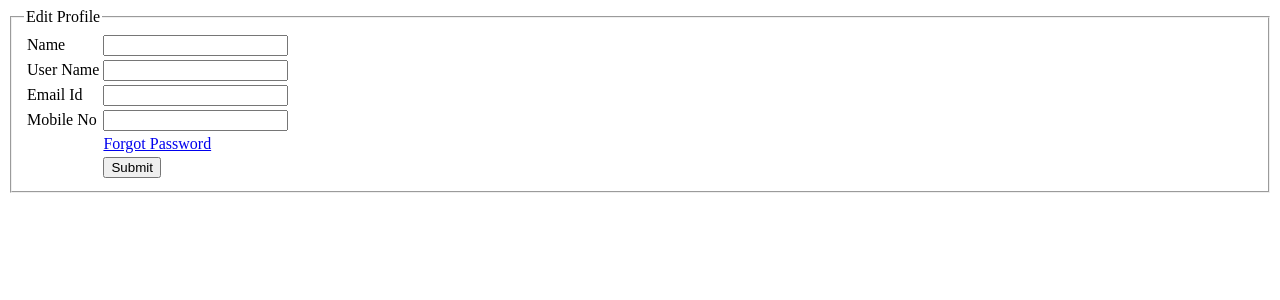
Repository: nosranijuned/WebRegister
Page: WebRegister/WebContent/view/EditProfile.html
These files come from the project's save history. The page is drawn as it stood at one moment and after the next save; the edit follows.
The browser window is 1280 px wide. The pictures show the whole page.

Above is the page before, as saved 2019-03-12 06:38:08.

After the next save:
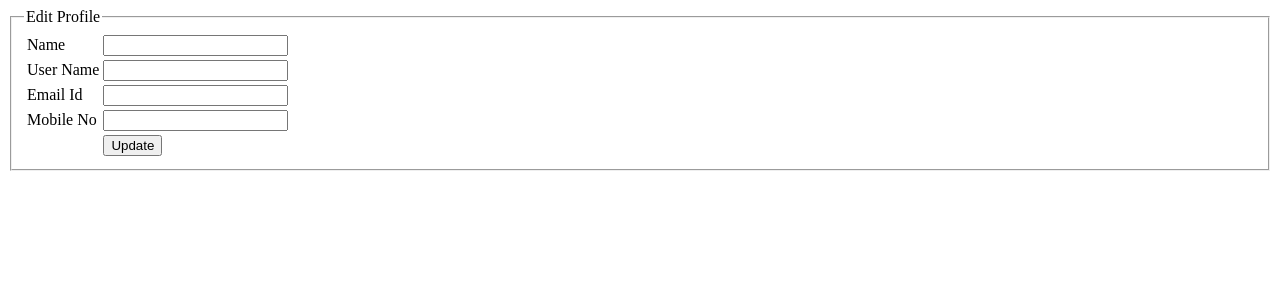
Saved 26 s later.
--- a/WebRegister/WebContent/view/EditProfile.html
+++ b/WebRegister/WebContent/view/EditProfile.html
@@ -13,8 +13,7 @@
 			<tr><td>User Name</td><td><input type="text" name="uname"></td></tr>
 			<tr><td>Email Id</td><td><input type="email" name="email"></td></tr>
 			<tr><td>Mobile No</td><td><input type="text" name="mobile"></td></tr>
-			<tr><td></td><td><a href="ForgotPassword.html">Forgot Password</a></td></tr>
-			<tr><td></td><td><input type="submit" value="Submit"></td></tr>
+			<tr><td></td><td><input type="submit" value="Update"></td></tr>
 		</table>
 	</fieldset>
 </form>
